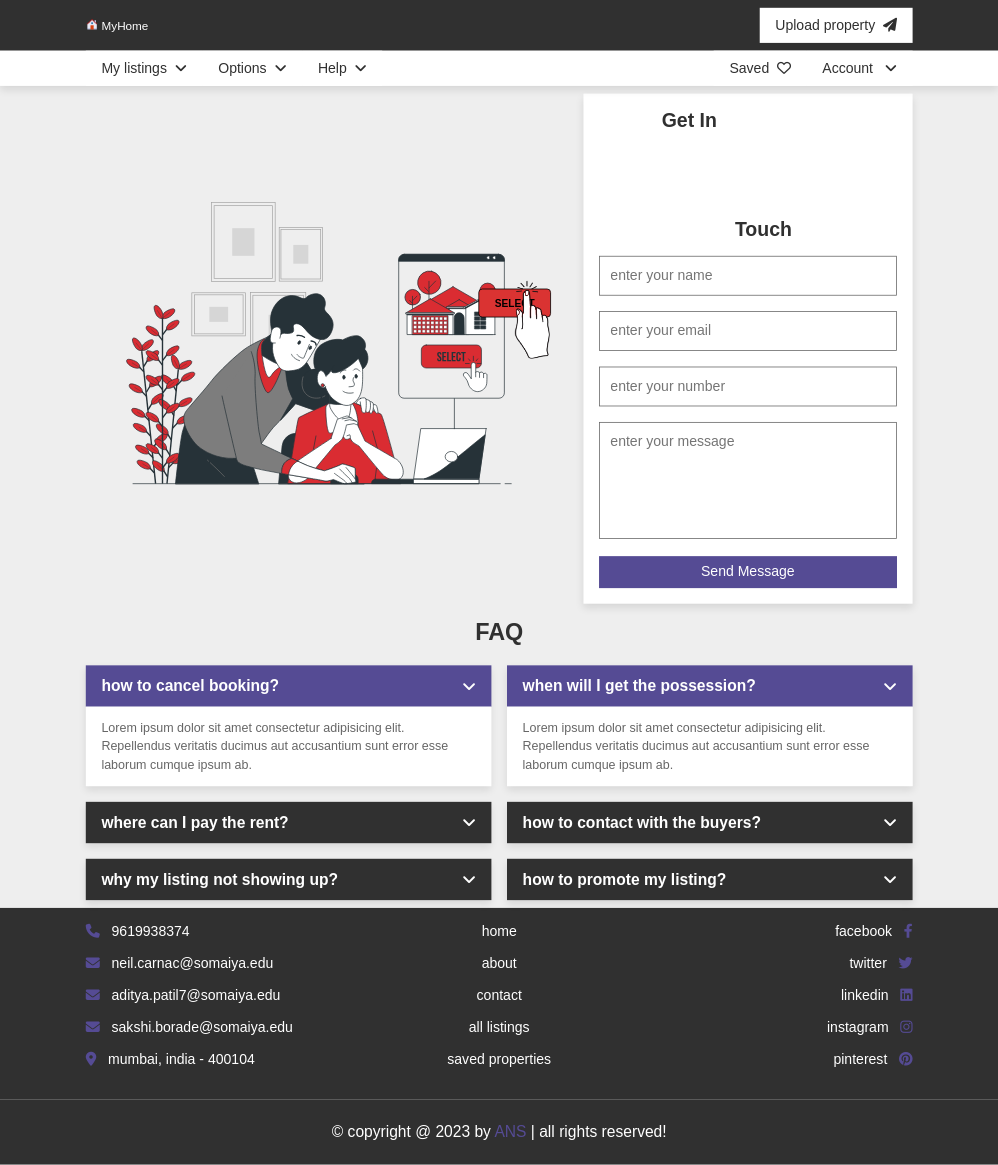
Repository: neilcarnac/wpl-project-realestatewebsite
Page: http://localhost/project/contact.php
The author's editor kept a copy of each file at every save. The page is drawn from the files as they stood at one save, then again after the next save.
The browser window is 1280 px wide. The pictures show the whole page, at 78% of full size.
The page is run by PHP 8.4 with error messages shown; the project is at /var/www/html/.

Above is the page before, as saved 2023-05-01 17:19:45.

After the next save:
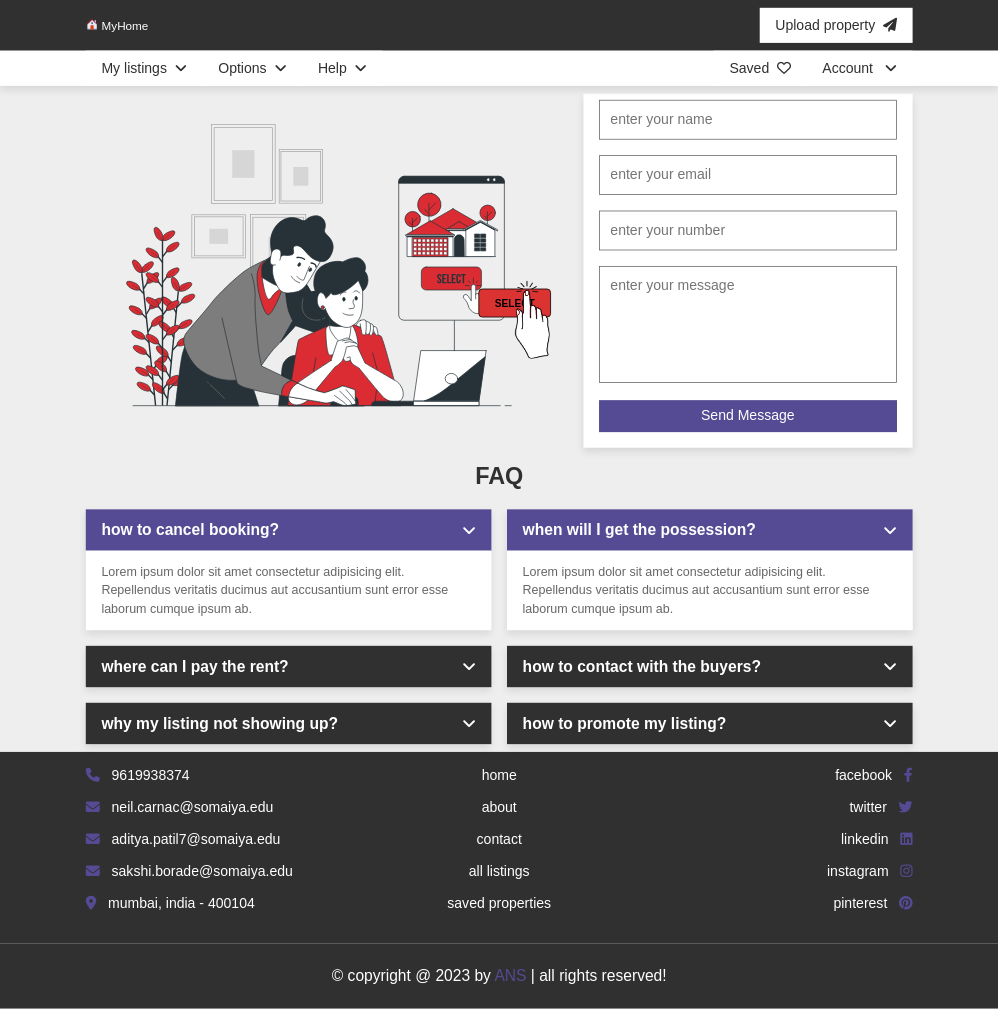
Saved 8 s later.
--- a/project/contact.php
+++ b/project/contact.php
@@ -106,7 +106,7 @@ if(isset($_POST['send'])){
       }
       .touch{
          margin-left: 40px ;
-         margin-top: 100px;
+         margin-top: -100px;
       }
       .getin{
          margin-right: 150px;
